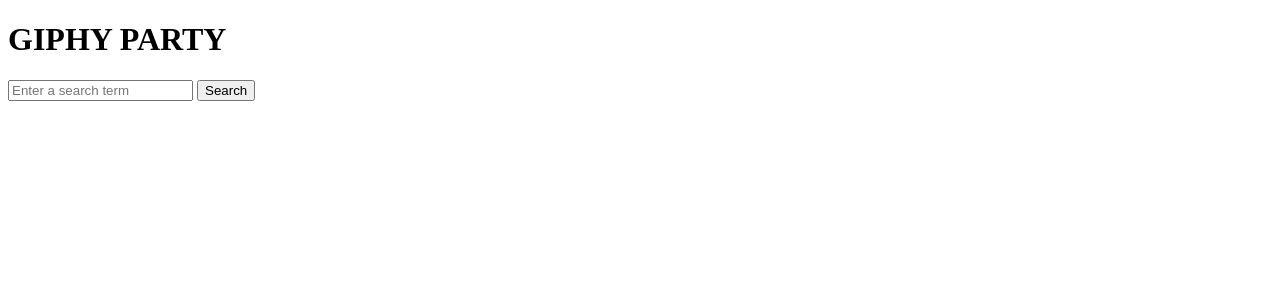
Repository: rmdayberry/AJAX-Giphy-Party
Page: index.html
An editor plug-in stored every save of this project. The page is shown before and after the next save, followed by the edit.
The browser window is 1280 px wide. The pictures show the whole page.
Some web libraries are served in a nearby version.

Above is the page before, as saved 2024-08-06 12:12:56.

After the next save:
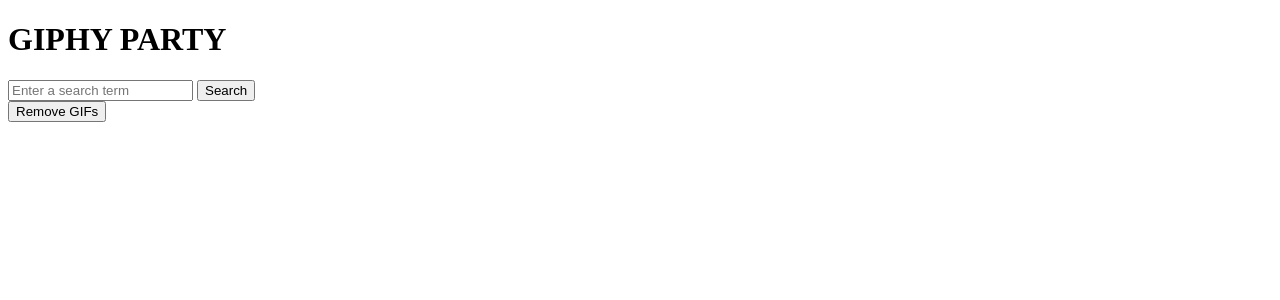
Saved 49 s later.
--- a/index.html
+++ b/index.html
@@ -12,6 +12,8 @@
       <button type="submit">Search</button>
     </form>
     <div id="gifContainer"></div>
+
+    <button id="removeAllbtn">Remove GIFs</button>
     <script src="https://code.jquery.com/jquery-3.2.1.js"></script>
     <script src="https://unpkg.com/axios/dist/axios.js"></script>
     <script src="app.js"></script>
